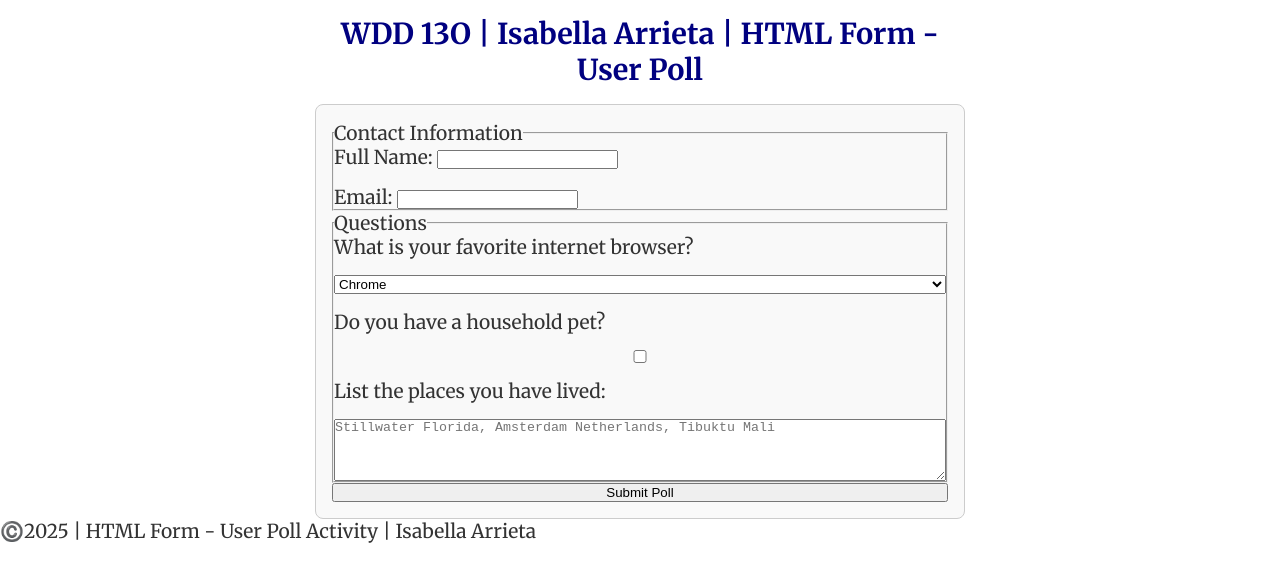
Repository: isaAJ05/wdd130
Page: week05/poll-form.html
The author's editor kept a copy of each file at every save. The page is drawn from the files as they stood at one save, then again after a run of saves.
The browser window is 1280 px wide. The pictures show the whole page.

Above is the page before, as saved 2025-06-14 18:37:21.

After the next 3 saves:
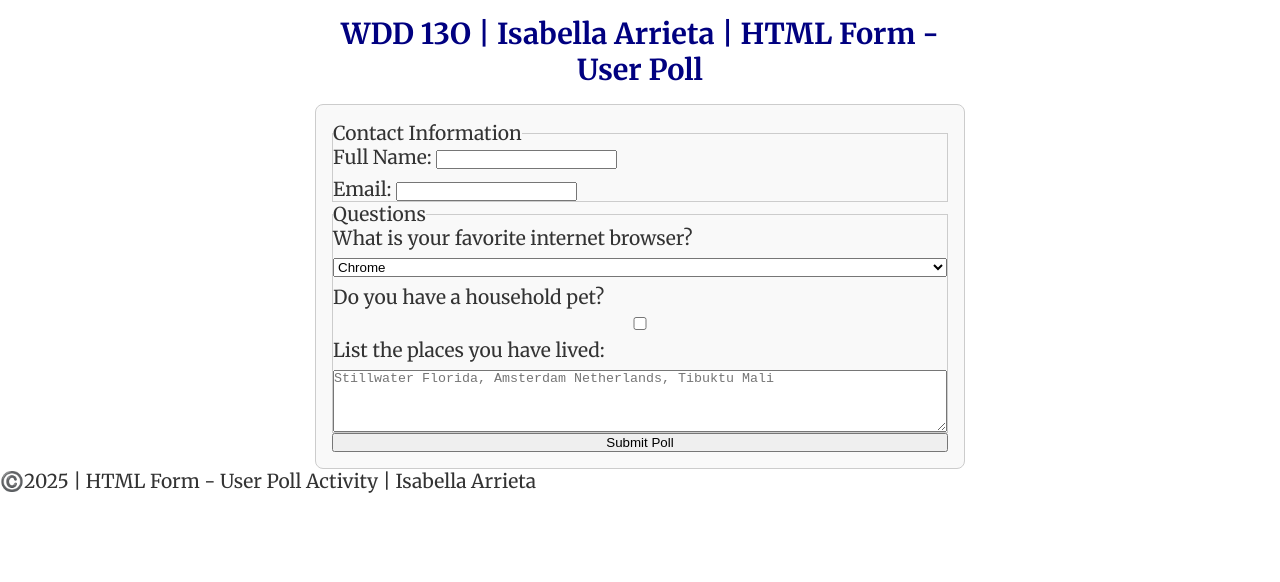
The 3 saves are shown as one change because they came seconds apart.
The last was saved 21 s later.
--- a/week05/styles/poll-form.css
+++ b/week05/styles/poll-form.css
@@ -30,5 +30,6 @@ form {
 }
 fieldset {
     display: grid;
-    grid-gap: 1rem;
+    grid-gap: .5rem;
+    border: 1px solid #ccc;
 }
